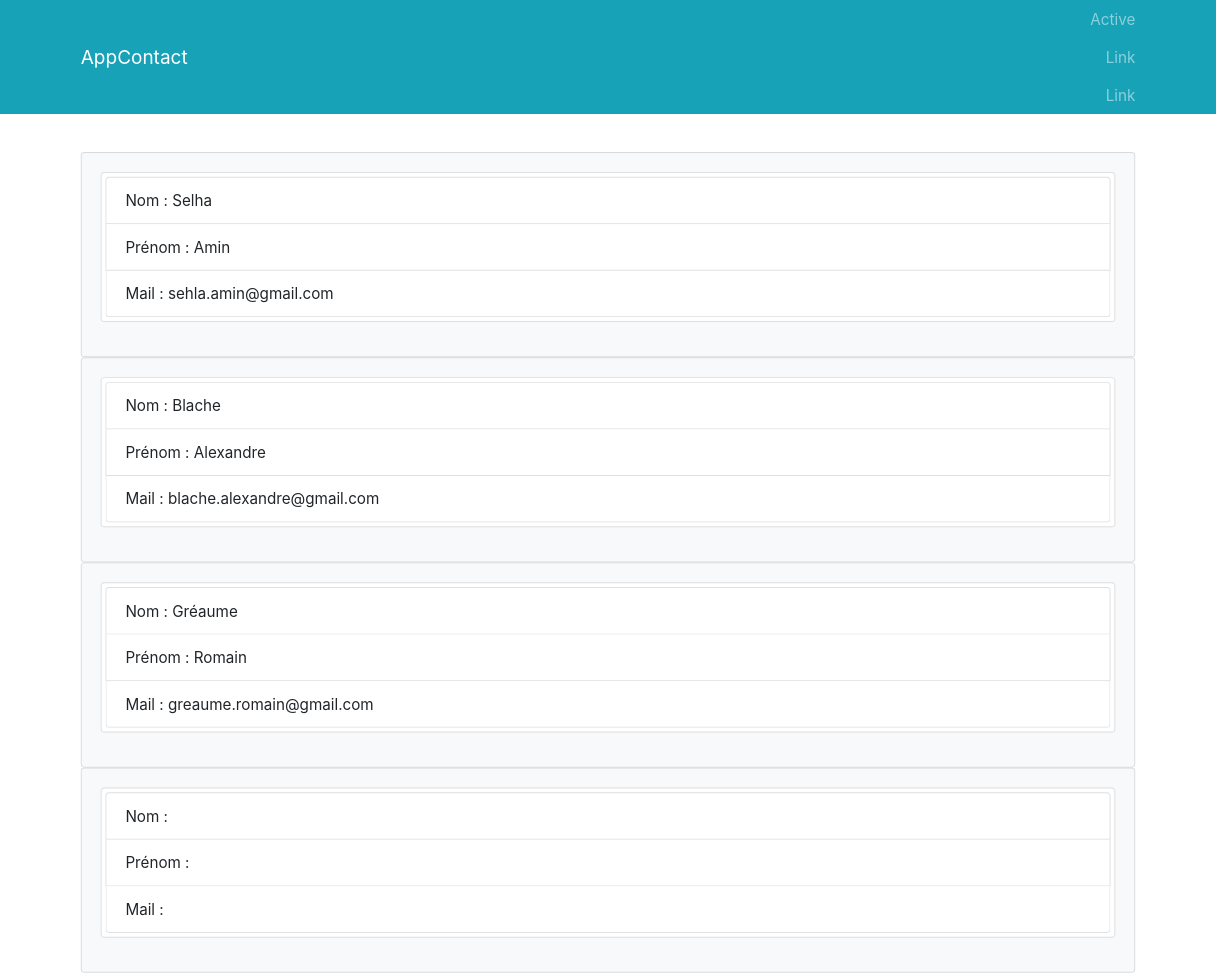
Repository: romgrm/appContact
Page: /
An editor plug-in stored every save of this project. The page is shown before and after a run of saves, followed by the edit.
The browser window is 1280 px wide. The pictures show the whole page, at 95% of full size.
The project was rebuilt for these pictures with package versions that can differ from the ones it lists, and the page was loaded fresh each time.

Above is the page before, as saved 2020-12-02 20:16:09.

### src/App.js
import Header from './Components/Header'
import Liste from './Components/Liste'
import Contact from './Components/Contact'
import 'bootstrap/dist/css/bootstrap.min.css'


function App() {
  return (
    <div className="App">
      <Header />
      <div className="container pt-4">
        <Liste />
        <Contact />
      </div>
    </div>
  );
}

export default App;

### src/Components/Header.js
import React, { Component } from 'react'

export default class Header extends Component {
    render() {
        return (
            <div>
                <nav className="navbar navbar-dark bg-info mb-3 py-0">
                    <div className="container">
                        <a href="/" className="navbar-brand">AppContact</a>
                        <ul className="navbar-nav">
                            <li className="nav-item ml-auto">
                                <a className="nav-link " href="#">Active</a>
                            </li>
                            <li className="nav-item ml-auto">
                                <a className="nav-link" href="#">Link</a>
                            </li>
                            <li className="nav-item ml-auto">
                                <a className="nav-link" href="#">Link</a>
                            </li>
                        </ul>
                    </div>
                </nav>

            </div>

        )
    }
}

### src/Components/Liste.js
import React, { Component } from 'react'
import Contact from './Contact'

export default class Liste extends Component {

    state = {
        contacts: [
            {
                nom: 'Selha',
                prenom: 'Amin',
                mail: 'sehla.amin@gmail.com'
            },
            {
                nom: 'Blache',
                prenom: 'Alexandre',
                mail: 'blache.alexandre@gmail.com'
            },
            {
                nom: 'Gréaume',
                prenom: 'Romain',
                mail: 'greaume.romain@gmail.com'
            }
        ]
    }

    render() {
        return (
            <div>
                {this.state.contacts.map(current => (
                    <Contact
                    Nom={current.nom}
                    Prenom={current.prenom}
                    Mail={current.mail}/>
                ))}
            </div>
        )
    }
}

### src/Components/Contact.js
import React, { Component } from 'react'

export default class Contact extends Component {
    render() {
        return (
            <div className="card card-body bg-light">
                <ul className="card card-body p-1">
                    <li className="list-group-item"> Nom : {this.props.Nom}</li>
                    <li className="list-group-item"> Prénom : {this.props.Prenom}</li>
                    <li className="list-group-item"> Mail : {this.props.Mail}</li>
                </ul>
            </div>
        )
    }
}

Loaded but not shown: public/index.html (common file); src/index.js (common file)

After the next 3 saves:
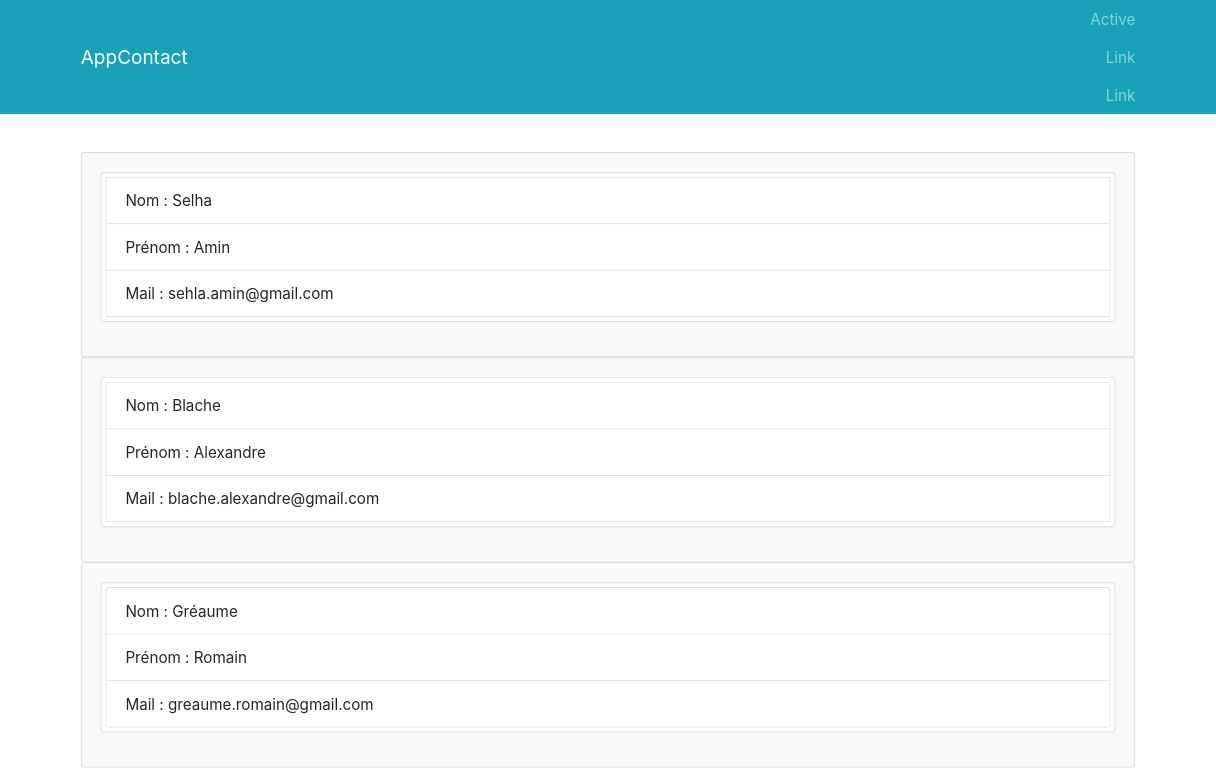
The 3 saves are shown as one change because they came seconds apart.
The last was saved 17 s later.
--- a/src/App.js
+++ b/src/App.js
@@ -1,6 +1,6 @@
 import Header from './Components/Header'
 import Liste from './Components/Liste'
-import Contact from './Components/Contact'
+
 import 'bootstrap/dist/css/bootstrap.min.css'
 
 
@@ -10,7 +10,6 @@ function App() {
       <Header />
       <div className="container pt-4">
         <Liste />
-        <Contact />
       </div>
     </div>
   );
